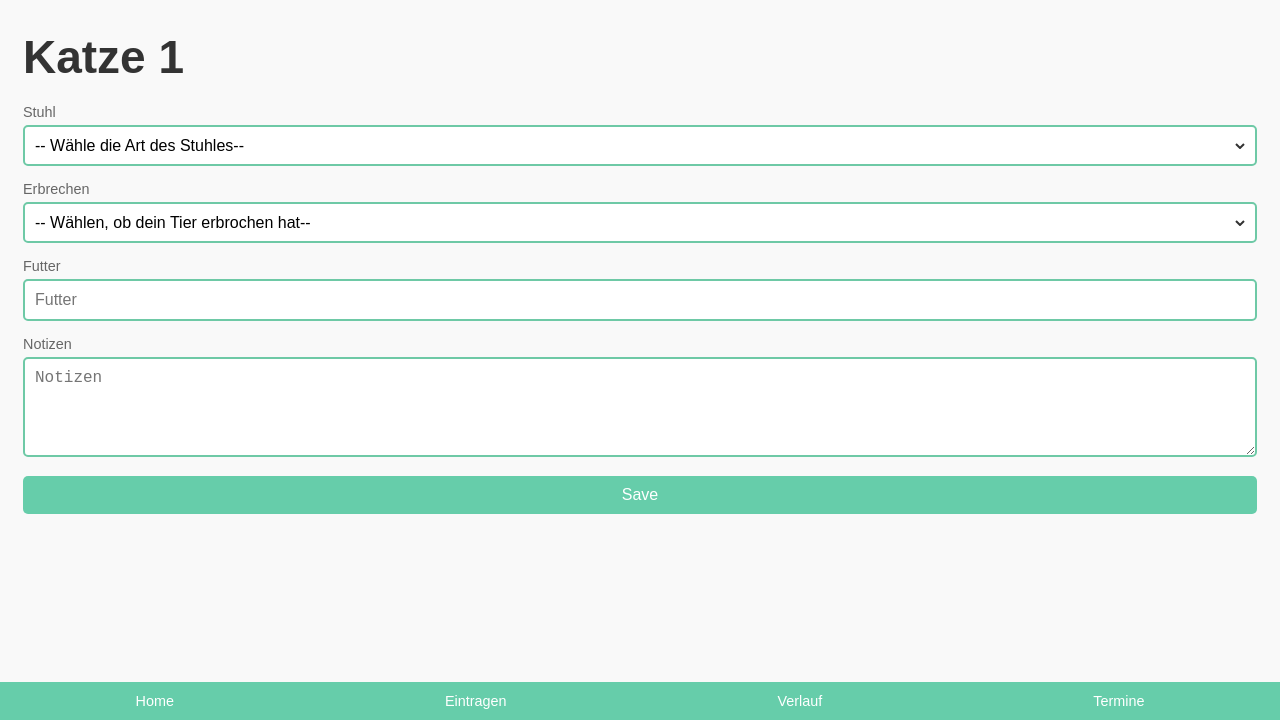
Repository: jakemoes/Pet-Tracker
Page: PWA/entry.html
These files come from the project's save history. The page is drawn as it stood at one moment and after the next save; the edit follows.
The browser window is 1280 px wide. The pictures show the whole page.

Above is the page before, as saved 2024-12-05 01:25:05.

### PWA/entry.html
<!DOCTYPE html>
<html lang="de">
<head>
    <meta charset="UTF-8">
    <meta name="viewport" content="width=device-width, initial-scale=1.0">
    <title>Wie war der Tag?</title>
    <link rel="stylesheet" href="entry.css">
</head>
<body>
    <div class="container">
        <h1>Katze 1</h1>
        <form>
            <div class="form-group">
                <label for="stuhl">Stuhl</label>
                <select id="stuhl">
                    <option value="">-- Wähle die Art des Stuhles--</option>
                    <option value="weich">weich</option>
                    <option value="normal">normal</option>
                    <option value="fest">fest</option>
                </select>
            </div>
            <div class="form-group">
                <label for="erbrechen">Erbrechen</label>
                <select id="erbrechen">
                    <option value="">-- Wählen, ob dein Tier erbrochen hat--</option>
                    <option value="viel">viel</option>
                    <option value="wenig">wenig</option>
                    <option value="gar nicht">gar nicht</option>
                </select>
            </div>
            <div class="form-group">
                <label for="futter">Futter</label>
                <input type="text" id="futter" placeholder="Futter">
            </div>
            <div class="form-group">
                <label for="notizen">Notizen</label>
                <textarea id="notizen" placeholder="Notizen"></textarea>
            </div>
            <button type="submit" class="save-button">Save</button>
        </form>
    </div>
    <footer>
        <nav>
            <ul class="nav-bar">
                <li><a href="welcome.html">Home</a></li>
                <li><a href="#">Eintragen</a></li>
                <li><a href="trend.html">Verlauf</a></li>
                <li><a href="appointment.html">Termine</a></li>
            </ul>
        </nav>
    </footer>
</body>
</html>

### PWA/entry.css
body {
    font-family: Arial, sans-serif;
    padding: 0;
    background-color: #f9f9f9;
    overflow: hidden;
}

.container {
    margin-top: 15px;
    display: flex; /* Enable flexbox */
    flex-direction: column; /* Arrange items vertically */
    justify-content: flex-start; /* Start items from the top */
    padding: 15px; /* Padding inside the container */
    width: 100%;
    box-sizing: border-box;
}


h1 {
    position: relative;
    font-size: 46px;
    text-align: left;
    margin: 0; /* Abstand entfernen */
    color: #333;
}

.form-group:first-of-type {
    margin-top: 20px; /* Steuert den Abstand vom h1 zum ersten form-group */
}


.form-group {
    width: 100%;
    margin-bottom: 15px;
}

label {
    display: block;
    margin-bottom: 5px;
    font-size: 0.9em;
    color: #666;
}


input, select, textarea {
    width: 100%;
    padding: 10px;
    font-size: 16px;
    border: 2px solid #6ec9a6;
    border-radius: 5px;
    outline: none;
    background-color: white; /* Ensures the background is white */

    box-sizing: border-box;
}

/* Style to remove the default dropdown arrow and add a custom one */
select {
    appearance: none;
    -webkit-appearance: none;
    -moz-appearance: none;
    background-image: url('data:[embedded picture, 167 characters]');
    background-repeat: no-repeat;
    background-position: right 10px center; /* Position the custom arrow */
    background-size: 10px;
    color: black;
}

textarea {
    height: 100px; /* Custom height for textarea */
    resize: vertical; /* Allow vertical resizing */
}

input:focus, select:focus {
    border-color: #6ec9a6;
}



.save-button {
    display: block;
    width: 100%;
    padding: 10px;
    background-color: #66cdaa;
    color: white;
    border: none;
    border-radius: 5px;
    font-size: 1em;
    cursor: pointer;
    text-align: center;
}

.save-button:hover {
    background-color: #57b38c;
}

footer {
    position: fixed;
    bottom: 0;
    width: 100%;
    background-color: #66cdaa;
    padding: 10px 0;
    box-shadow: 0 -1px 5px rgba(0, 0, 0, 0.1);
}

.nav-bar {
    position: fixed;
    bottom: 0;
    left: 0;
    width: 100%; /* Volle Breite des Bildschirms */
    background-color: #66cdaa; /* Sicherstellen, dass die Farbe gesetzt ist */
    display: flex;
    justify-content: space-around;
    list-style: none;
    margin: 0; /* Kein Außenabstand */
    padding: 10px 0; /* Innenabstand */
    z-index: 10;
}

.nav-bar li {
    text-align: center;
}

.nav-bar a {
    text-decoration: none;
    color: white;
    font-size: 0.9em;
}

.nav-bar a:hover {
    text-decoration: underline;
}

After the next save:
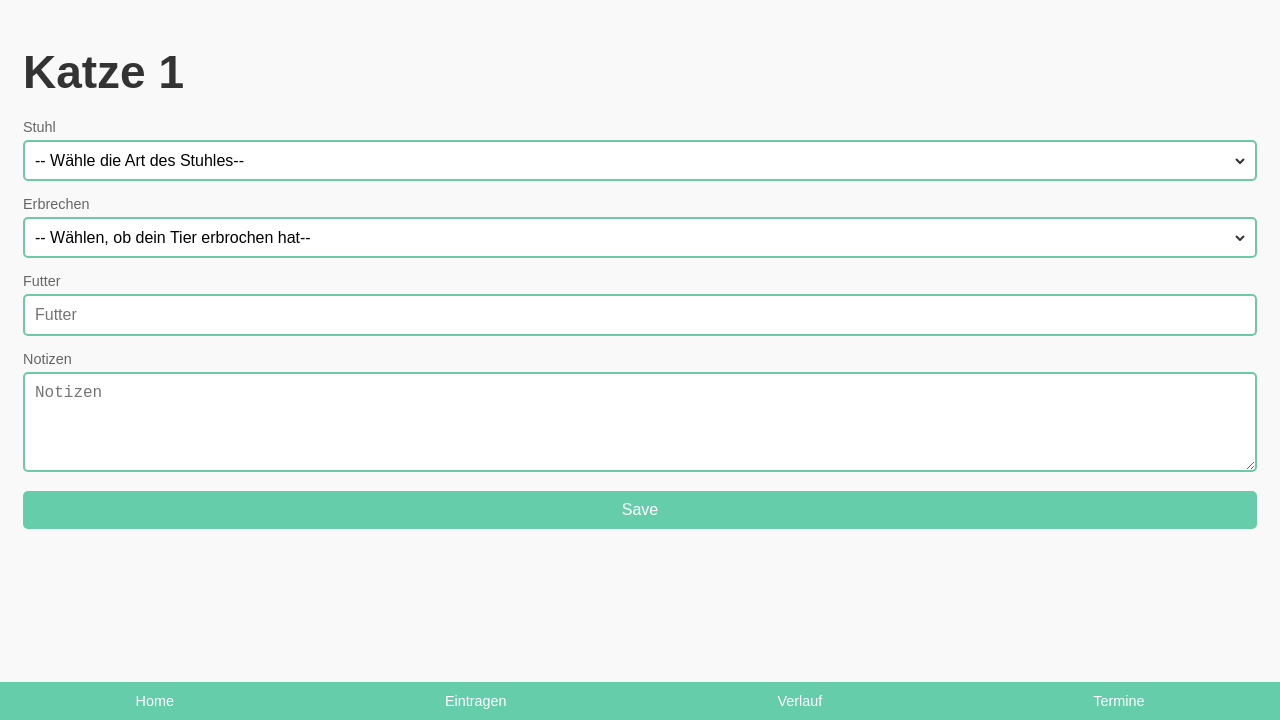
Saved 104 s later.
--- a/PWA/entry.css
+++ b/PWA/entry.css
@@ -6,7 +6,7 @@
 }
 
 .container {
-    margin-top: 15px;
+    margin-top: 30px;
     display: flex; /* Enable flexbox */
     flex-direction: column; /* Arrange items vertically */
     justify-content: flex-start; /* Start items from the top */

After the save that followed:
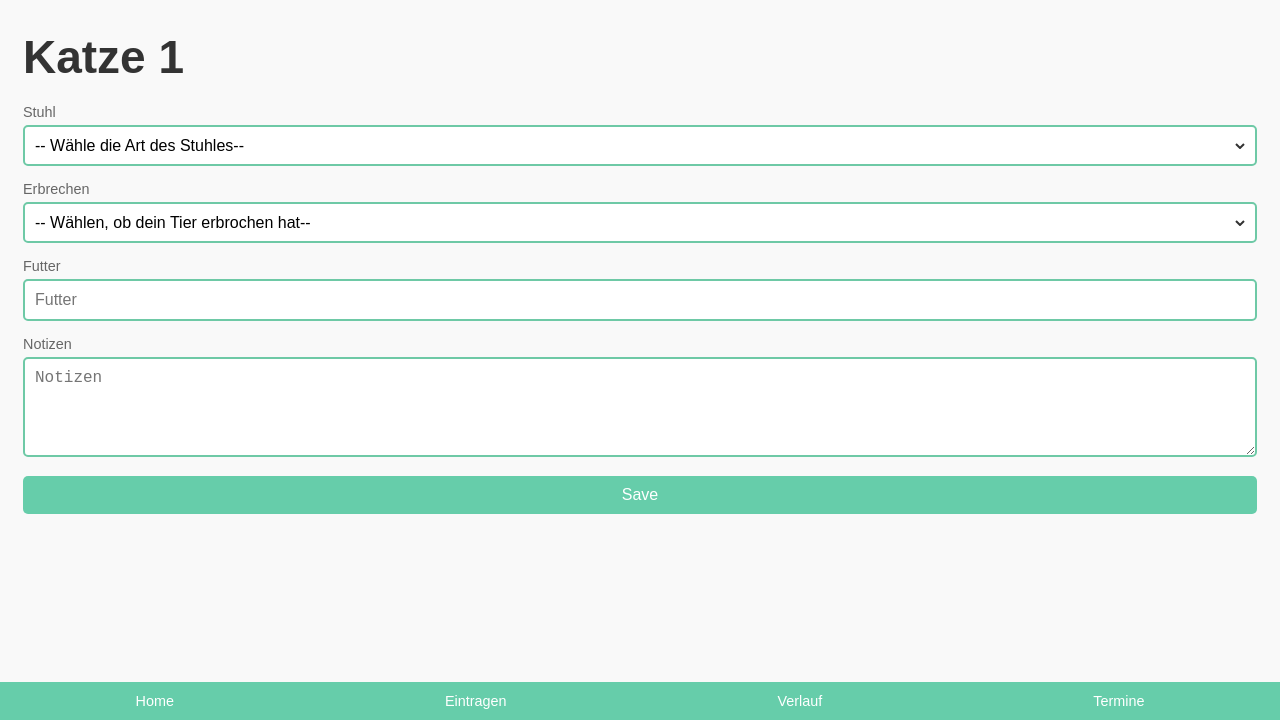
Saved 5 s later.
--- a/PWA/entry.css
+++ b/PWA/entry.css
@@ -6,7 +6,7 @@
 }
 
 .container {
-    margin-top: 30px;
+    margin-top: 15px;
     display: flex; /* Enable flexbox */
     flex-direction: column; /* Arrange items vertically */
     justify-content: flex-start; /* Start items from the top */
